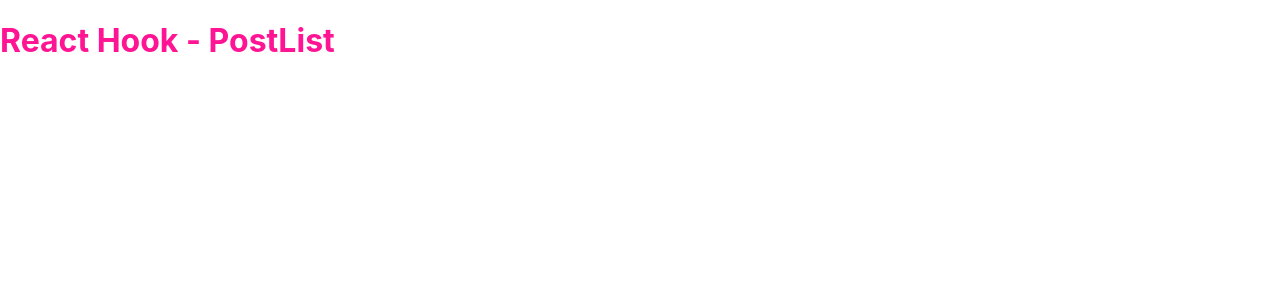
Repository: tungts3qb/assigment
Page: /
These files come from the project's save history. The page is drawn as it stood at one moment and after the next save; the edit follows.
The browser window is 1280 px wide. The pictures show the whole page.
The page's requests for data from a server got no answer. The project was rebuilt for these pictures with package versions that can differ from the ones it lists, and the page was loaded fresh each time. No one was signed in, and anything a server would have sent is missing.

Above is the page before, as saved 2023-03-16 14:56:23.

After the next save:
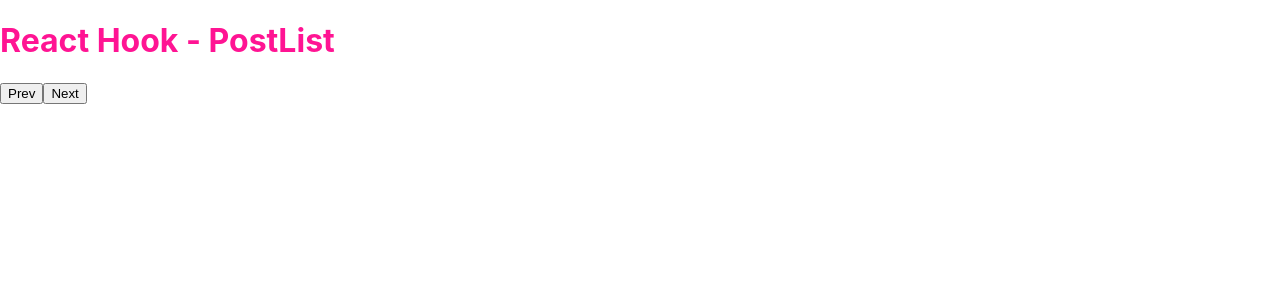
Saved 79 s later.
--- a/src/App.js
+++ b/src/App.js
@@ -1,6 +1,7 @@
 import axios from "axios";
 import { useEffect, useState } from "react";
 import "./App.scss";
+import Pagination from "./component/Pagination/Pagination";
 import PostList from "./component/PostList/PostList";
 
 function App() {
@@ -42,6 +43,7 @@ function App() {
     <div className="app">
       <h1>React Hook - PostList</h1>
       <PostList post={postList}></PostList>
+      <Pagination pagination onPageChange={handlePageChange} />
     </div>
   );
 }
